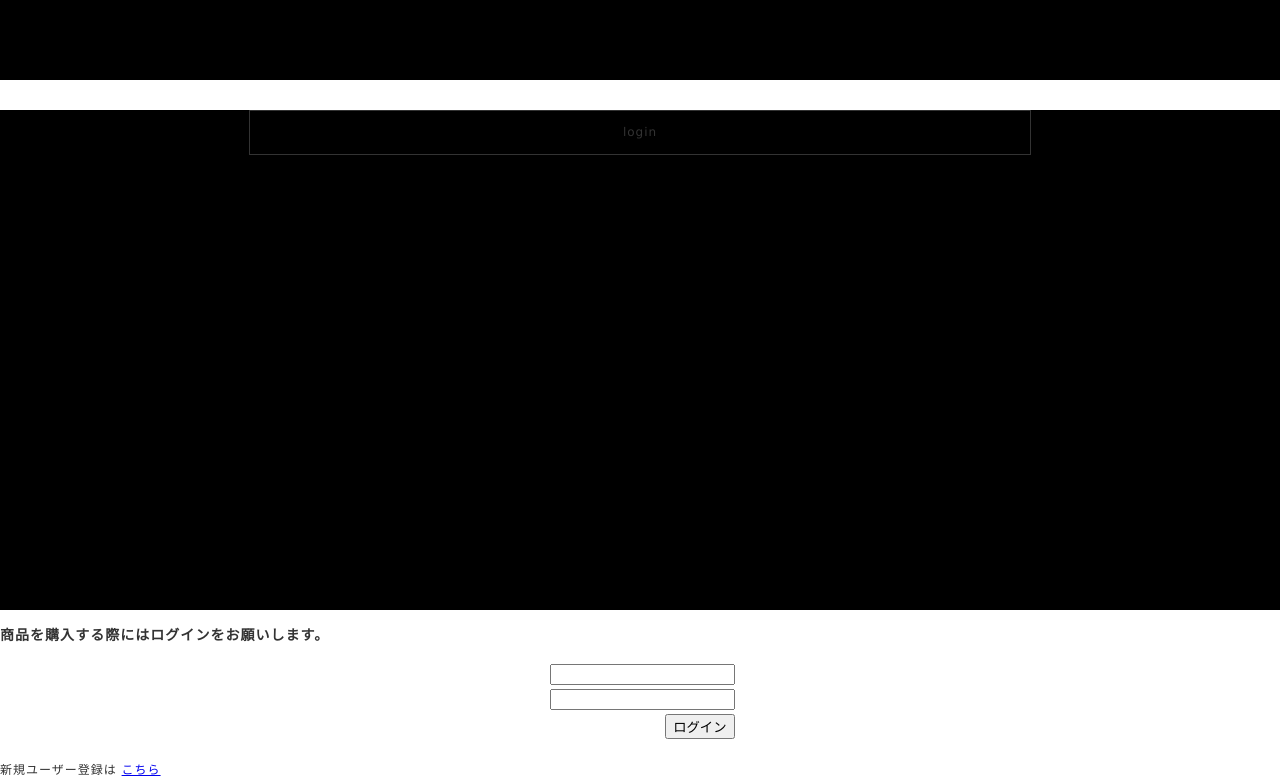
Repository: cha-git/test
Page: http://localhost/template/login.jsp
These files come from the project's save history. The page is drawn as it stood at one moment and after the next save; the edit follows.
The browser window is 1280 px wide. The pictures show the whole page.
The page is served by Tomcat 9. Other server files are loaded and not shown.

Above is the page before, as saved 2018-12-20 09:05:12.

### template/WebContent/login.jsp
<%@ page language="java" contentType="text/html; charset=UTF-8"
    pageEncoding="UTF-8"%>
<%@ taglib prefix="s" uri="/struts-tags" %>
<!DOCTYPE html>
<html>
<head>
	<meta http-equiv="Content-Type" content="text/html; charset=UTF-8" />
	<meta http-equiv="Content-Style-Type" content="text/css" />
	<meta http-equiv="Content-Script-Type" content="text/javascript" />
	<meta name="description" content="" />
	<meta name="keywords" content="" />
	<title>Login画面</title>

	<style type="text/css">
	/* ========TAG LAYOUT======== */
	body {
		margin:0;
		padding:0;
		line-height:1.6;
		letter-spacing:1px;
		font-family:Verdana, Helvetica, sans-serif;
		font-size:12px;
		color:#333;
		background:#fff;
	}

	table {
		text-align:center;
		margin:0 auto;
	}
	/* ========ID LAYOUT======== */
	#top {
		width:780px;
		margin:30px auto;
		border:1px solid #333;
	}

	#header {
		width:100%;
		height:80px;
		background-color:black;
	}

	#main {
		width:100%;
		height:80px;
		background-color:black;
	}

	#main {
		width:100%;
		height:500px;
		text-align:center;
	}

	#footer {
		width:100%;
		height:80px;
		background-color:black;
		clear:both;
	}
	</style>
</head>
<body>
	<div id="header">
		<div id="pr">
		</div>
	</div>
	<div id="main">
		<div id="top">
			<p>login</p>
		</div>
	</div>
	<div>
		<h3>商品を購入する際にはログインをお願いします。</h3>
		<s:form action="LoginAction">
			<s:textfield name="loginUserId" />
			<s:password name="loginPassword" />
			<s:submit value="ログイン" />
		</s:form>
		<br/>
		<div>
			<span>新規ユーザー登録は
				<a href='<s:url action="UserCreateAction" />'>こちら</a>
			</span>
		</div>
	</div>
</body>
</html>

After the next save:
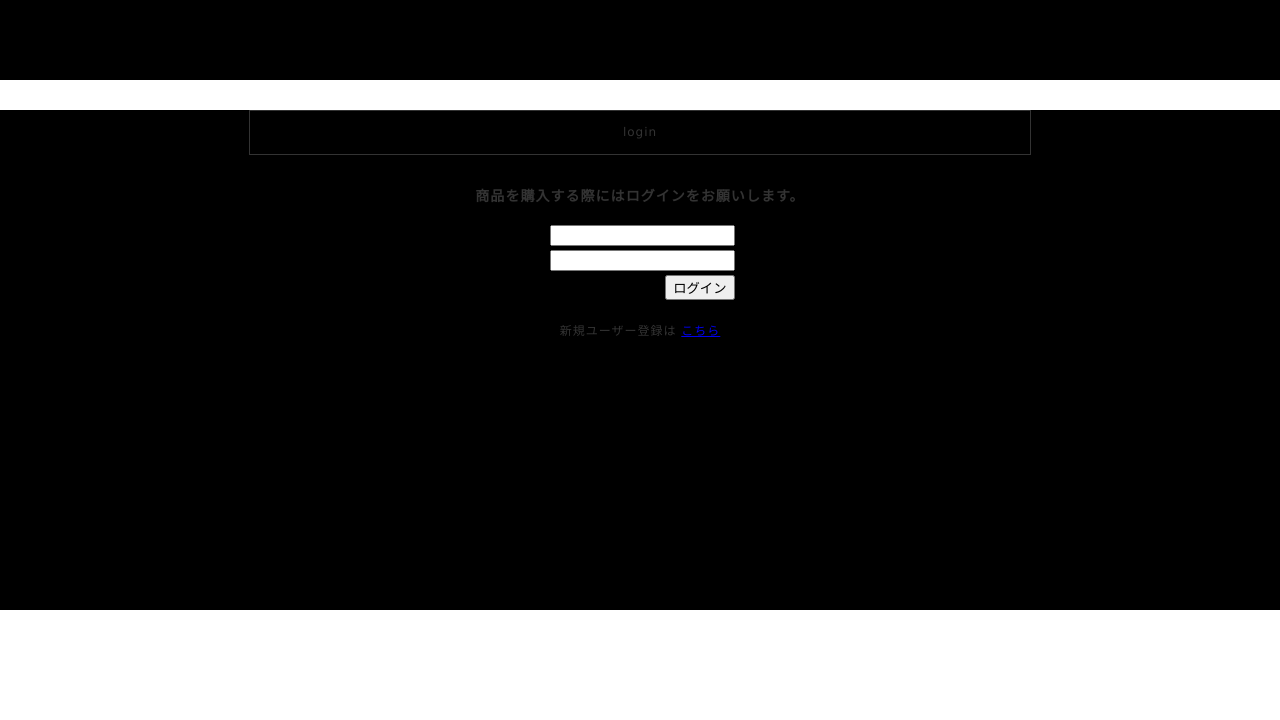
Saved 68 s later.
--- a/template/WebContent/login.jsp
+++ b/template/WebContent/login.jsp
@@ -70,19 +70,19 @@
 		<div id="top">
 			<p>login</p>
 		</div>
-	</div>
-	<div>
-		<h3>商品を購入する際にはログインをお願いします。</h3>
-		<s:form action="LoginAction">
-			<s:textfield name="loginUserId" />
-			<s:password name="loginPassword" />
-			<s:submit value="ログイン" />
-		</s:form>
-		<br/>
 		<div>
-			<span>新規ユーザー登録は
-				<a href='<s:url action="UserCreateAction" />'>こちら</a>
-			</span>
+			<h3>商品を購入する際にはログインをお願いします。</h3>
+			<s:form action="LoginAction">
+				<s:textfield name="loginUserId" />
+				<s:password name="loginPassword" />
+				<s:submit value="ログイン" />
+			</s:form>
+			<br/>
+			<div>
+				<span>新規ユーザー登録は
+					<a href='<s:url action="UserCreateAction" />'>こちら</a>
+				</span>
+			</div>
 		</div>
 	</div>
 </body>
